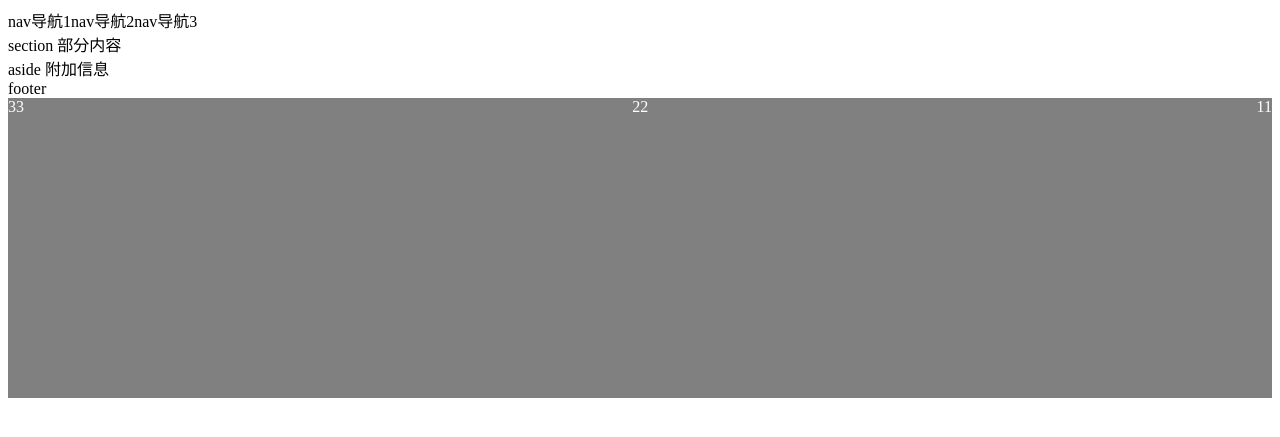
Repository: huangjianeng/front-end-study
Page: vue原理/html/flex.html
These files come from the project's save history. The page is drawn as it stood at one moment and after the next save; the edit follows.
The browser window is 1280 px wide. The pictures show the whole page.

Above is the page before, as saved 2020-07-31 10:54:14.

After the next save:
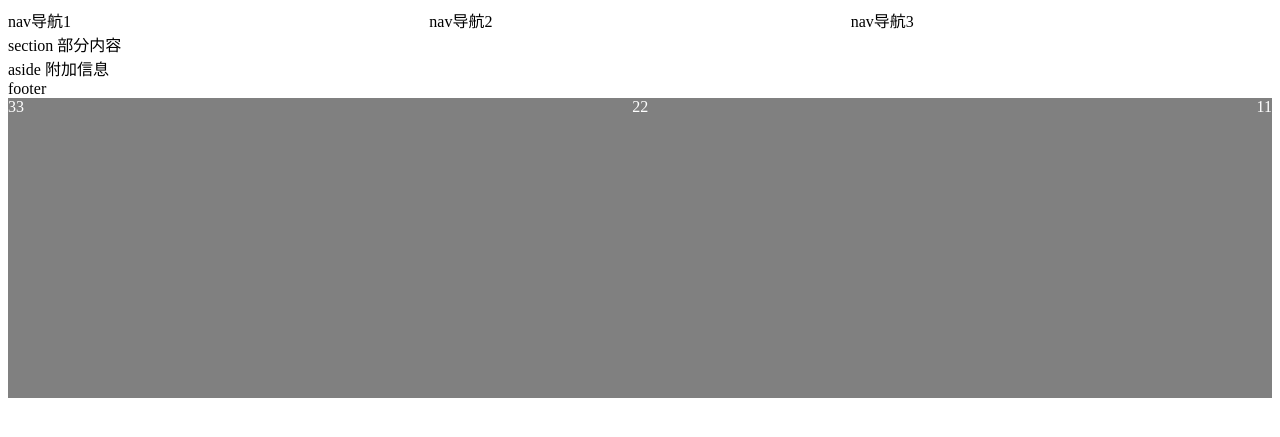
Saved 16 s later.
--- a/vue原理/html/flex.html
+++ b/vue原理/html/flex.html
@@ -17,6 +17,7 @@
         display: flex;
     }
     nav{
+        flex-grow: 1;
         flex-shrink: 0;
     }
     .flex-wrap{
